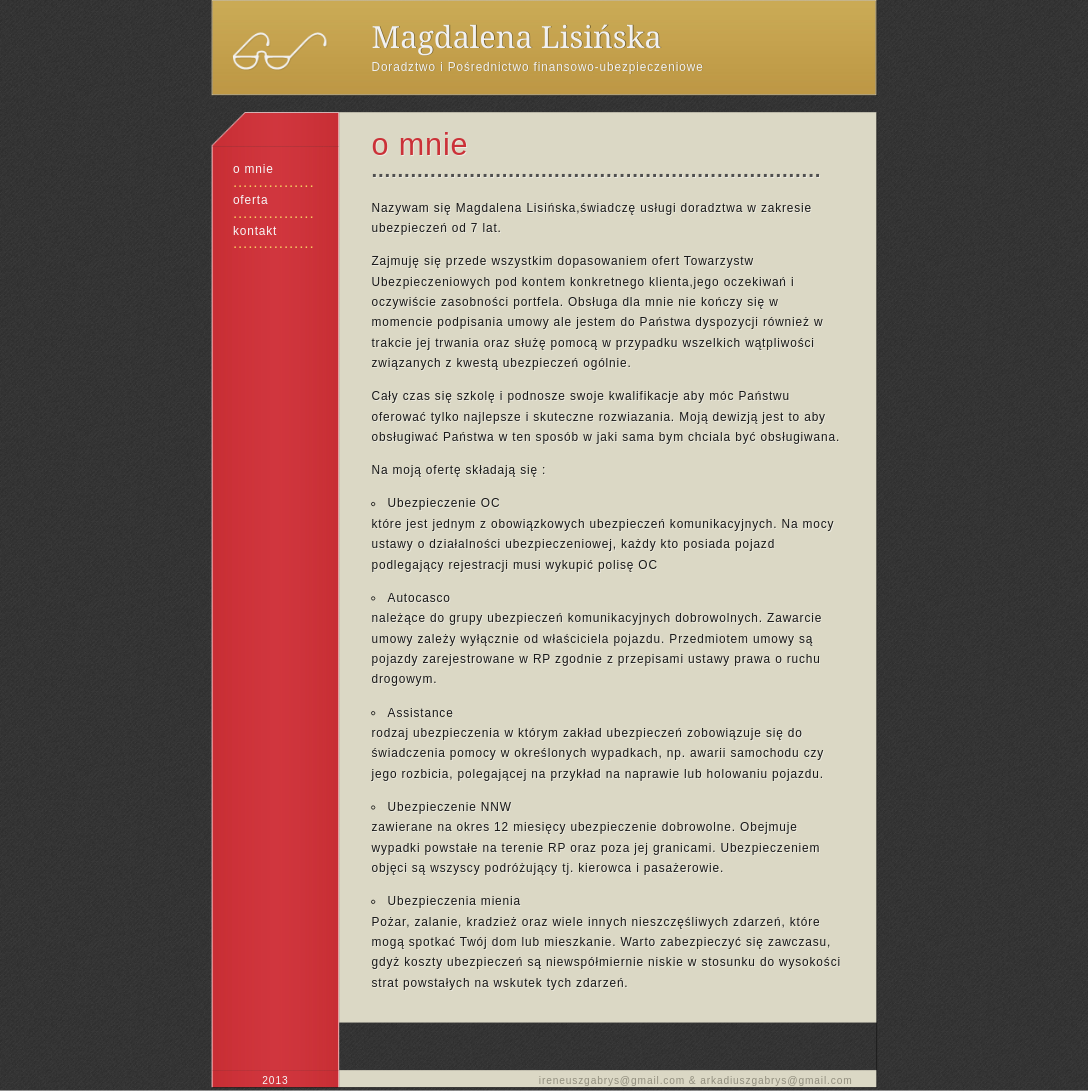
Repository: gabr/php_elicpse_workspace
Page: Magda Lisinska/index.html
These files come from the project's save history. The page is drawn as it stood at one moment and after the next save; the edit follows.
The browser window is 1280 px wide. The pictures show the whole page, at 85% of full size.

Above is the page before, as saved 2013-03-08 13:41:44.

### Magda Lisinska/index.html
<!DOCTYPE HTML>
<html>
<head>
<meta http-equiv="Content-Type" content="text/html; charset=utf-8">
<title>Magdalena Lisińska</title>
<!--
		<meta name="description" content="Add your sites description here">
		<meta name="keywords" content="Add,your,site,keywords,here">
		<link rel="icon" type="image/x-icon" href="../images/favicon.ico">
		-->
<link rel="stylesheet" type="text/css" href="css/reset.css"
  media="screen">
<link rel="stylesheet" type="text/css" href="css/style.css"
  media="screen">
<!-- <script src="js/jquery-1.9.1.js"></script>
        <script src="js/script.js"></script> -->
<!--[if lt IE 9]>
		<script src="js/html5shiv.js"></script>
		<![endif]-->
</head>

<body>
  <!-- head -->
  <div id="header">
    <a href="index.html" id="glasses"></a> <a href="index.html"
      id="header-title">
      <p id="title">Magdalena Lisińska</p>
      <p id="slogan">Doradztwo i Pośrednictwo
        finansowo-ubezpieczeniowe</p>
    </a>
    <div class="clear"></div>
  </div>

  <!-- body -->
  <div id="body">
    <!-- menu -->
    <div id="menu">
      <div id="menu-head"></div>
      <div id="menu-body" style="height: 1087px">
        <div id="menu-margin"></div>
        <ul>
          <li><a href="#">o mnie</a></li>
          <li class="line">................</li>
          <li><a href="#">oferta</a></li>
          <li class="line">................</li>
          <li><a href="kontakt.html">kontakt</a></li>
          <li class="line">................</li>
        </ul>
      </div>
    </div>
    <!-- content -->
    <div id="content">
      <div>
        <h1>o mnie</h1>
        <div class="line">.....................................................................</div>
        <p>Nazywam się Magdalena Lisińska,świadczę usługi doradztwa
          w zakresie ubezpieczeń od 7 lat.</p>
        <p>Zajmuję się przede wszystkim dopasowaniem ofert
          Towarzystw Ubezpieczeniowych pod kontem konkretnego
          klienta,jego oczekiwań i oczywiście zasobności portfela.
          Obsługa dla mnie nie kończy się w momencie podpisania umowy
          ale jestem do Państwa dyspozycji również w trakcie jej trwania
          oraz służę pomocą w przypadku wszelkich wątpliwości związanych
          z kwestą ubezpieczeń ogólnie.</p>
        <p>Cały czas się szkolę i podnosze swoje kwalifikacje aby
          móc Państwu oferować tylko najlepsze i skuteczne rozwiazania.
          Moją dewizją jest to aby obsługiwać Państwa w ten sposób w
          jaki sama bym chciala być obsługiwana.</p>
        <p>Na moją ofertę składają się :</p>
        <ul>
          <li>Ubezpieczenie OC
            <p>które jest jednym z obowiązkowych ubezpieczeń
              komunikacyjnych. Na mocy ustawy o działalności
              ubezpieczeniowej, każdy kto posiada pojazd podlegający
              rejestracji musi wykupić polisę OC</p>
          </li>
          <li>Autocasco
            <p>należące do grupy ubezpieczeń komunikacyjnych
              dobrowolnych. Zawarcie umowy zależy wyłącznie od
              właściciela pojazdu. Przedmiotem umowy są pojazdy
              zarejestrowane w RP zgodnie z przepisami ustawy prawa o
              ruchu drogowym.</p>
          </li>
          <li>Assistance
            <p>rodzaj ubezpieczenia w którym zakład ubezpieczeń
              zobowiązuje się do świadczenia pomocy w określonych
              wypadkach, np. awarii samochodu czy jego rozbicia,
              polegającej na przykład na naprawie lub holowaniu pojazdu.</p>
          </li>
          <li>Ubezpieczenie NNW
            <p>zawierane na okres 12 miesięcy ubezpieczenie
              dobrowolne. Obejmuje wypadki powstałe na terenie RP oraz
              poza jej granicami. Ubezpieczeniem objęci są wszyscy
              podróżujący tj. kierowca i pasażerowie.</p>
          </li>
          <li>Ubezpieczenia mienia
            <p>Pożar, zalanie, kradzież oraz wiele innych
              nieszczęśliwych zdarzeń, które mogą spotkać Twój dom lub
              mieszkanie. Warto zabezpieczyć się zawczasu, gdyż koszty
              ubezpieczeń są niewspółmiernie niskie w stosunku do
              wysokości strat powstałych na wskutek tych zdarzeń.</p>
          </li>
        </ul>
      </div>
    </div>
    <div class="clear"></div>

    <!-- footer -->
    <div id="footer">
      <div id="left-footer">
        <p>2013</p>
      </div>
      <div id="right-footer">
        <p>ireneuszgabrys@gmail.com &amp;
          arkadiuszgabrys@gmail.com&ensp;&ensp;&ensp;&ensp;</p>
      </div>
      <div class="clear"></div>
    </div>

  </div>

</body>
</html>

### Magda Lisinska/css/reset.css
/*
html5doctor.com Reset Stylesheet
v1.6.1
Last Updated: 2010-09-17
Author: Richard Clark - http://richclarkdesign.com
Twitter: @rich_clark
*/

html, body, div, span, object, iframe,
h1, h2, h3, h4, h5, h6, p, blockquote, pre,
abbr, address, cite, code,
del, dfn, em, img, ins, kbd, q, samp,
small, strong, sub, sup, var,
b, i,
dl, dt, dd, ol, ul, li,
fieldset, form, label, legend,
table, caption, tbody, tfoot, thead, tr, th, td,
article, aside, canvas, details, figcaption, figure,
footer, header, hgroup, menu, nav, section, summary,
time, mark, audio, video {
margin:0;
padding:0;
border:0;
outline:0;
font-size:100%;
vertical-align:baseline;
background:transparent;
}

body {line-height:1;}

article,aside,details,figcaption,figure,
footer,header,hgroup,menu,nav,section {
display:block; zoom:1;
}

nav ul {list-style:none;}

blockquote, q {quotes:none;}

blockquote:before, blockquote:after,
q:before, q:after {
content:'';
content:none;
}

a {
margin:0;
padding:0;
font-size:100%;
vertical-align:baseline;
background:transparent;
}

/* change colours to suit your needs */
ins {
background-color:#ff9;
color:#000;
text-decoration:none;
}

/* change colours to suit your needs */
mark {
background-color:#ff9;
color:#000;
font-style:italic;
font-weight:bold;
}

del {text-decoration: line-through;}

abbr[title], dfn[title] {
border-bottom:1px dotted;
cursor:help;
}

table {
border-collapse:collapse;
border-spacing:0;
}

/* change border colour to suit your needs */
hr {
display:block;
height:1px;
border:0;
border-top:1px solid #cccccc;
margin:1em 0;
padding:0;
}

input, select {
vertical-align:middle;
}

### Magda Lisinska/css/style.css
/*  Main  */
body {
  background: url(../images/background.png);
  color: #000;
  font-family: Arial, Helvetica, sans-serif;
  font-size: 14px;
  letter-spacing: 1px;
}

p {
  color: #181818;
  text-align: left;
  margin: 0px 0px 15px 0px;
  line-height: 24px;
}

a {
  color: #cb3138;
  text-decoration: none;
}

a:hover {
  text-decoration: underline;
}

h1 {
  margin: 20px 0px 0px 0px;
  font-size: 36px;
  color: #cb3138;
  font-weight: normal;
}

img {
  float: left;
  margin: 5px 10px 0px 0px;
  border: 1px solid #363636;
  box-shadow: 1px 1px 0px rgba(255, 255, 255, 0.5);
}

.line {
  -webkit-touch-callout: none;
  -webkit-user-select: none;
  -khtml-user-select: none;
  -moz-user-select: none;
  -ms-user-select: none;
  user-select: none;
}

.clear {
  clear: both;
}

/* Header */
#header {
  background: url(../images/header.jpg);
  width: 780px;
  height: 110px;
  margin: 0 auto;
  border: 1px solid #dbc89a;
  box-shadow: 1px 1px 0px rgba(0, 0, 0, 0.4)
}

#glasses {
  background: url(../images/glasses.png);
  width: 112px;
  height: 45px;
  margin: 37px 0px 0px 23px;
  display: block;
  outline: none;
  float: left;
}

#header-title {
  float: left;
  margin: 30px 0px 0px 52px;
  outline: none;
  text-decoration: none;
}

#title {
  margin: 0px 0px 0px 0px;
  color: #f1f1f1;
  text-shadow: 1px 1px 0px rgba(0, 0, 0, 0.4);
  font-family: Georgia, Times New Roman, Times;
  font-size: 36px;
  letter-spacing: 0px;
}

#slogan {
  color: #f1f1f1;
  text-shadow: 1px 1px 0px rgba(0, 0, 0, 0.2);
  margin: 11px 0px 0px 0px;
}

/* Body */
#body {
  margin: 0 auto;
  margin-top: 20px;
  width: 782px;
  box-shadow: 1px 1px 0px rgba(0, 0, 0, 0.4);
}

/* Menu */
#menu {
  float: left;
  width: 150px;
}

#menu-head {
  background: url(../images/menu_head.png);
  height: 40px;
}

#menu-body {
  background: url(../images/menu.jpg);
  min-height: 200px;
}

#menu-margin {
  height: 20px;
}

#menu-body ul {
  width: 100px;
  margin: 0 auto;
  list-style: none;
}

#menu-body a {
  color: #f7f7f7;
  text-decoration: none;
}

#menu-body li>a:hover {
  font-weight: bold;
}

#menu-body li.line {
  font-size: 18px;
  color: #f7cb61;
  margin: -1px 0px 5px 0px;
}

/* Content */
#content {
  float: left;
  width: 632px;
  min-height: 200px;
  background: #dbd8c5;
  text-shadow: 1px 1px 0px rgba(255, 255, 255, 0.5);
  padding-bottom: 20px;
}

#content>div {
  margin: 0px 38px 0px 38px;
}

#content .line {
  margin: 0px 0px 20px 0px;
  font-size: 24px;
  color: #4f4f4f;
  font-weight: bold;
}

#content ul {
  list-style-type: circle;
  list-style-position: inside;
}

#content ul li {
  text-decoration: none;
  font-family: Arial, Helvetica, sans-serif;
  font-size: 14px;
  letter-spacing: 1px;
  color: #181818;
  text-align: left;
  margin: 0px 0px 15px 0px;
  line-height: 24px;
}

#content iframe {
  margin: 20px auto 2px auto;
}

#google-maps {
  float: right;
  margin-right: 6px;
}

/* Footer */
#footer {
  width: 782px;
}

#left-footer {
  background: url(../images/menu.jpg);
  width: 150px;
  height: 20px;
  float: left;
}

#left-footer p {
  color: #f7f7f7;
  text-align: center;
  font-size: 12px;
}

#right-footer {
  float: right;
  width: 632px;
  height: 20px;
  background: #dbd8c5;
}

#right-footer p {
  color: #918e7e;
  text-align: right;
  font-size: 12px;
}

After the next save:
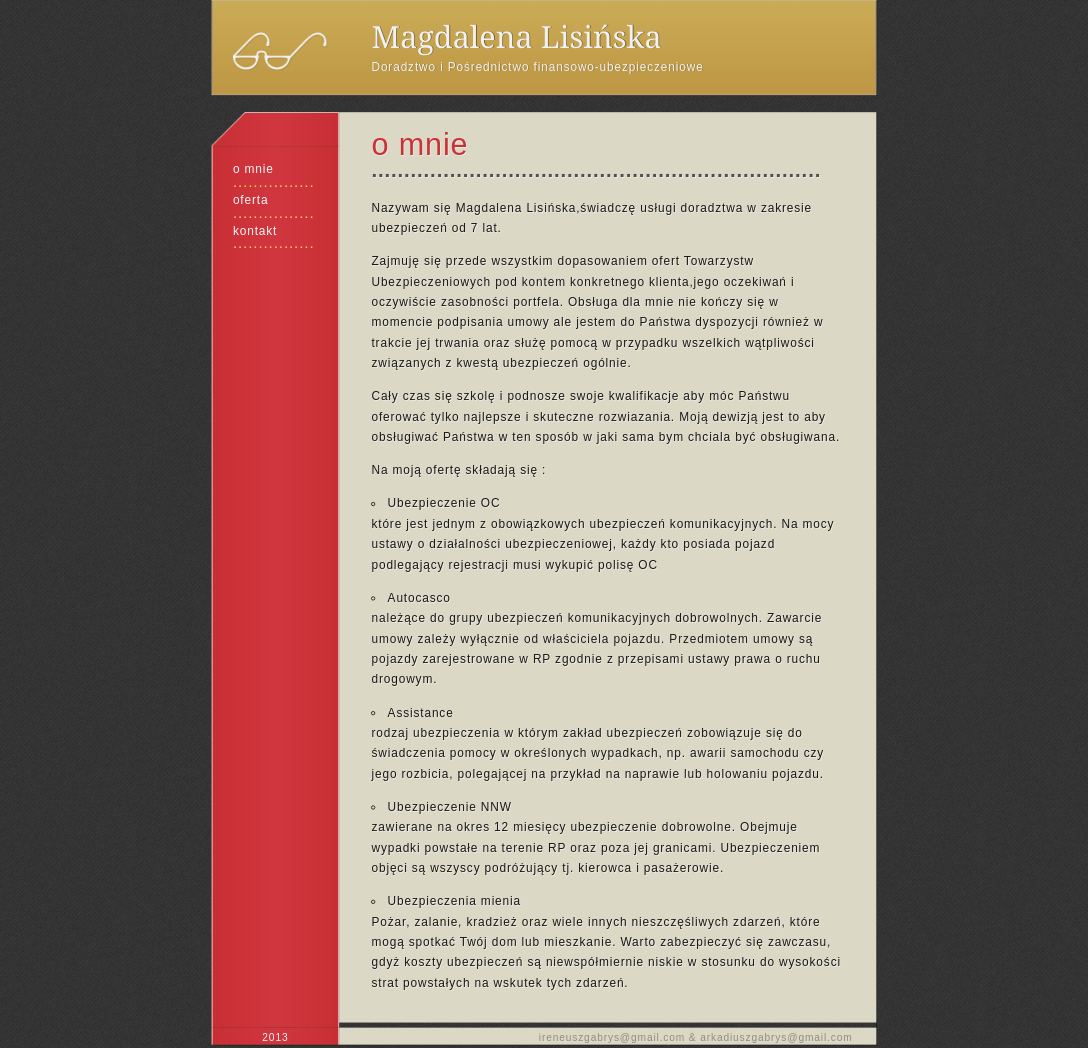
Saved 4 s later.
--- a/Magda Lisinska/index.html
+++ b/Magda Lisinska/index.html
@@ -36,7 +36,7 @@
     <!-- menu -->
     <div id="menu">
       <div id="menu-head"></div>
-      <div id="menu-body" style="height: 1087px">
+      <div id="menu-body" style="height: 1037px">
         <div id="menu-margin"></div>
         <ul>
           <li><a href="#">o mnie</a></li>
